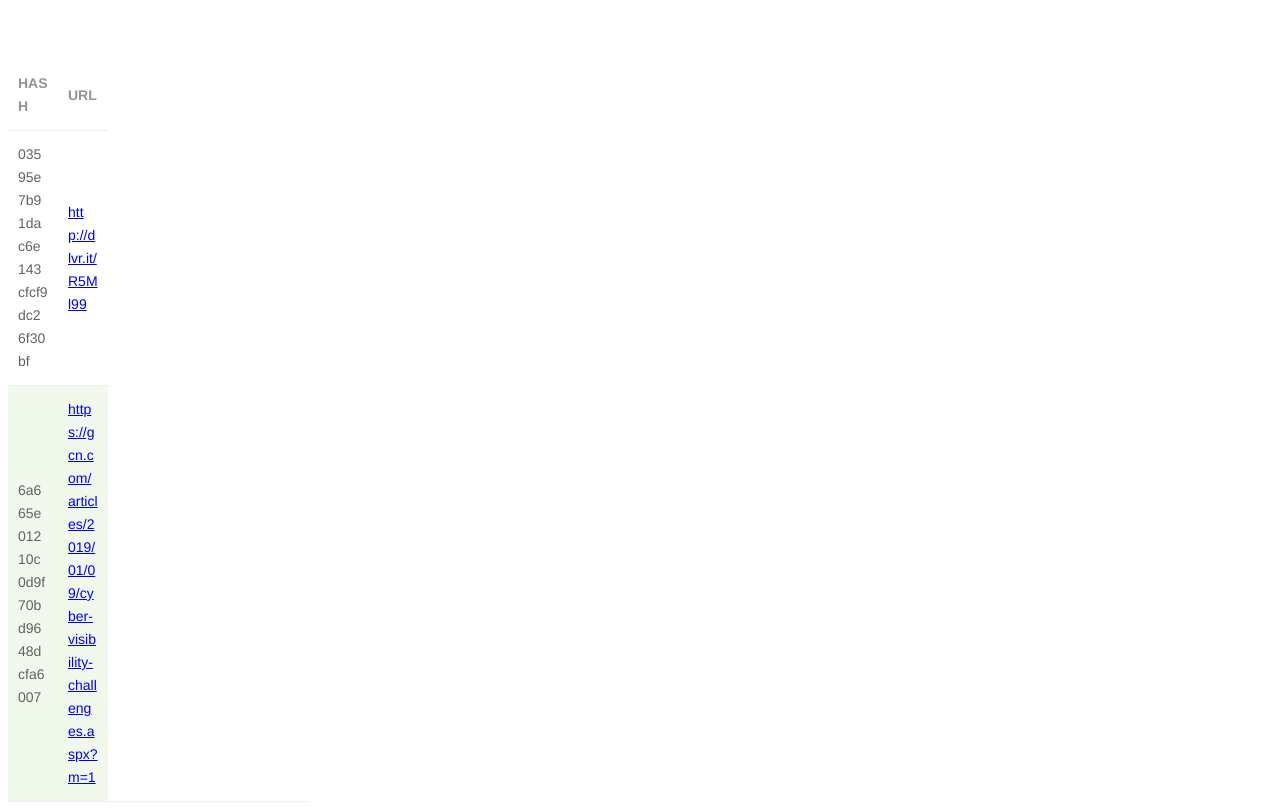
Repository: NicoleGX/TI
Page: /
The author's editor kept a copy of each file at every save. The page is drawn from the files as they stood at one save, then again after the next save.
The browser window is 1280 px wide. The pictures show the whole page.
The project was rebuilt for these pictures with package versions that can differ from the ones it lists, and the page was loaded fresh each time.

Above is the page before, as saved 2019-05-28 17:55:54.

### index.html
<!DOCTYPE html>
<html>
  <head>
    <meta charset="utf-8">
    <meta name="viewport" content="width=device-width,initial-scale=1.0">
    <title>cyberti</title>
  </head>
  <body>
    <div id="app"></div>
    <!-- built files will be auto injected -->
  </body>
</html>

### src/main.js
// The Vue build version to load with the `import` command
// (runtime-only or standalone) has been set in webpack.base.conf with an alias.
import Vue from 'vue'
import App from './App'
import router from './router'

import ElementUI from 'element-ui'
import 'element-ui/lib/theme-chalk/index.css';

Vue.use(ElementUI)

Vue.config.productionTip = false

/* eslint-disable no-new */
new Vue({
  el: '#app',
  router,
  components: { App },
  template: '<App/>'
})

### src/router/index.js
import Vue from 'vue'
import Router from 'vue-router'
import TextClassification from '@/views/TextClassification'

Vue.use(Router)

export default new Router({
  routes: [
    {
      path: '/',
      name: 'TextClassification',
      component: TextClassification
    }
  ]
})

### src/views/TextClassification.vue
<template>
  <el-container>
    <el-aside>
      <el-table
        :data="tableData"
        style="width: 100%"
        :row-class-name="tableRowClassName">
        <el-table-column
          prop="hash"
          label="HASH"
          width="50%">
        </el-table-column>
        <el-table-column
          prop="url"
          label="URL"
          width="50%">
          <template slot-scope="scope">
            <a :href=scope.row.url
              target="_black"
              class="buttonText">{{scope.row.url}}</a>
          </template>
        </el-table-column>
      </el-table>
    </el-aside>
    <el-main></el-main>
  </el-container>
</template>

<script>
export default {
  name: 'textclassfication',
  methods: {
    tableRowClassName({row, rowIndex}) {
      if (row['edit'] == 0) {
        return 'warning-row';
      } else if (row['edit'] == 1) {
        return 'success-row';
      }
      return '';
    }
  },
  data() {
    return {
      tableData: [{
        hash: '03595e7b91dac6e143cfcf9dc26f30bf',
        url: 'http://dlvr.it/R5Ml99',
        edit: 0
      }, {
        hash: '6a665e01210c0d9f70bd9648dcfa6007',
        url: 'https://gcn.com/articles/2019/01/09/cyber-visibility-challenges.aspx?m=1',
        edit: 1
      }]
    }
  }
}
</script>

<style>
.el-table {
  width: 100%!important;
}
.el-table .warning-row {
  background: #fff;
}

.el-table .success-row {
  background: #f0f9eb;
}
</style>

Loaded but not shown: src/App.vue (common file)

After the next save:
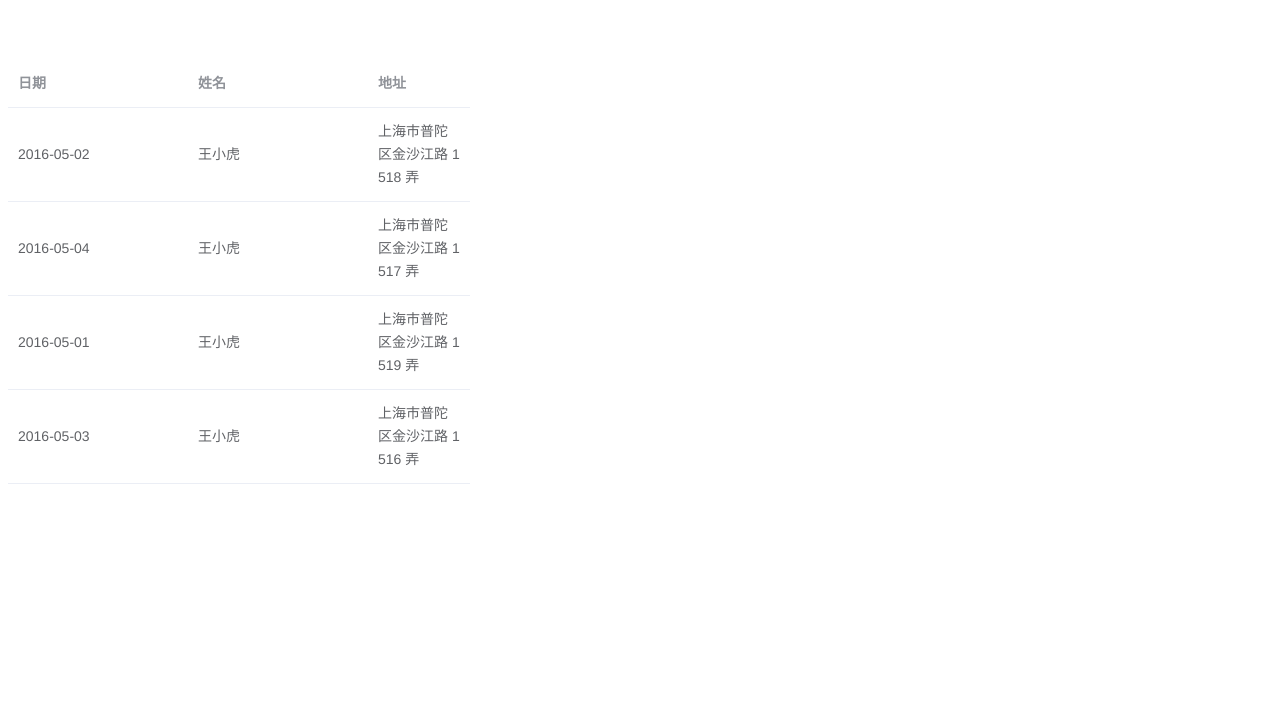
Saved 95 s later.
--- a/src/views/TextClassification.vue
+++ b/src/views/TextClassification.vue
@@ -1,7 +1,25 @@
 <template>
   <el-container>
+    <el-table
+      :data="tableData"
+      style="width: 100%">
+      <el-table-column
+        prop="date"
+        label="日期"
+        width="180">
+      </el-table-column>
+      <el-table-column
+        prop="name"
+        label="姓名"
+        width="180">
+      </el-table-column>
+      <el-table-column
+        prop="address"
+        label="地址">
+      </el-table-column>
+    </el-table>
     <el-aside>
-      <el-table
+      <!-- <el-table
         :data="tableData"
         style="width: 100%"
         :row-class-name="tableRowClassName">
@@ -20,7 +38,7 @@
               class="buttonText">{{scope.row.url}}</a>
           </template>
         </el-table-column>
-      </el-table>
+      </el-table> -->
     </el-aside>
     <el-main></el-main>
   </el-container>
@@ -42,14 +60,31 @@ export default {
   data() {
     return {
       tableData: [{
-        hash: '03595e7b91dac6e143cfcf9dc26f30bf',
-        url: 'http://dlvr.it/R5Ml99',
-        edit: 0
-      }, {
-        hash: '6a665e01210c0d9f70bd9648dcfa6007',
-        url: 'https://gcn.com/articles/2019/01/09/cyber-visibility-challenges.aspx?m=1',
-        edit: 1
-      }]
+            date: '2016-05-02',
+            name: '王小虎',
+            address: '上海市普陀区金沙江路 1518 弄'
+          }, {
+            date: '2016-05-04',
+            name: '王小虎',
+            address: '上海市普陀区金沙江路 1517 弄'
+          }, {
+            date: '2016-05-01',
+            name: '王小虎',
+            address: '上海市普陀区金沙江路 1519 弄'
+          }, {
+            date: '2016-05-03',
+            name: '王小虎',
+            address: '上海市普陀区金沙江路 1516 弄'
+          }]
+      // tableData: [{
+      //   hash: '03595e7b91dac6e143cfcf9dc26f30bf',
+      //   url: 'http://dlvr.it/R5Ml99',
+      //   edit: 0
+      // }, {
+      //   hash: '6a665e01210c0d9f70bd9648dcfa6007',
+      //   url: 'https://gcn.com/articles/2019/01/09/cyber-visibility-challenges.aspx?m=1',
+      //   edit: 1
+      // }]
     }
   }
 }
